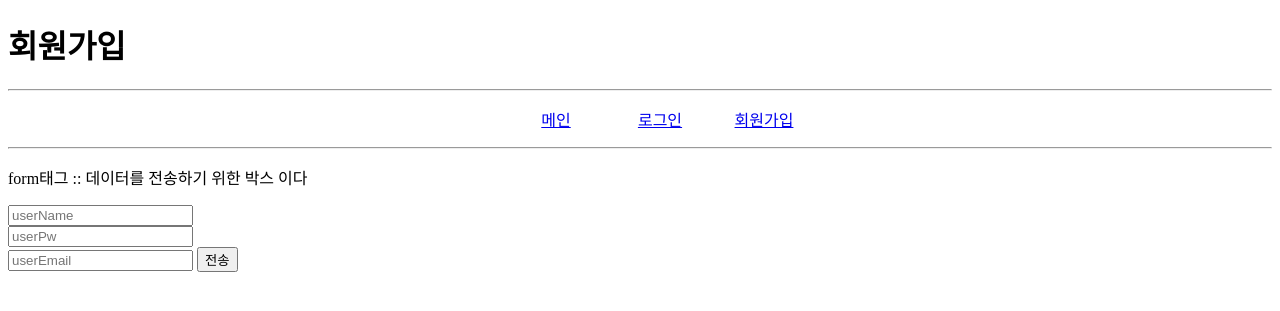
Repository: leesangbok/jsp-work
Page: http://localhost/cos/join.jsp
The author's editor kept a copy of each file at every save. The page is drawn from the files as they stood at one save, then again after the next save.
The browser window is 1280 px wide. The pictures show the whole page.
The page is served by Tomcat 9.

Above is the page before, as saved 2020-08-22 02:52:10.

### cos/WebContent/join.jsp
<%@ page language="java" contentType="text/html; charset=UTF-8"
    pageEncoding="UTF-8"%>
<!DOCTYPE html>
<html>
<head>
<meta charset="UTF-8">
<title>회원가입</title>
 <style>
 	ul{text-align: center;}
 	li{display: inline-block; width: 100px;}
 </style>
</head>
<body>
	<h1>회원가입</h1>
	<hr/>
	<ul>
		<li><a href="main.jsp" title="메인">메인</a></li>
		<li><a href="login.jsp" title="로그인">로그인</a></li>
		<li><a href="join.jsp" title="회원가입">회원가입</a></li>
	</ul>
	<hr/>
	<!-- form태그 :: 데이터를 전송하기 위한 박스 이다 -->
	<p>form태그 :: 데이터를 전송하기 위한 박스 이다</p>
	<form action="joinProc.jsp" method="">
		<input type="text" name="userName" placeholder="userName"/><br/>
		<input type="password" name="password"placeholder="userPw"/><br/>
		<input type="email" name="email" placeholder="userEmail"/>
		<button>전송</button>
	</form>
</body>
</html>

After the next save:
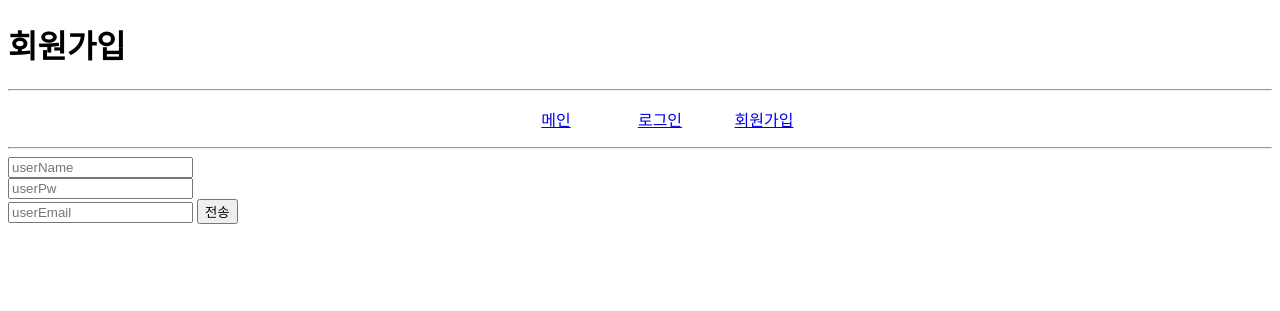
Saved 11 min 34 s later.
--- a/cos/WebContent/join.jsp
+++ b/cos/WebContent/join.jsp
@@ -20,7 +20,6 @@
 	</ul>
 	<hr/>
 	<!-- form태그 :: 데이터를 전송하기 위한 박스 이다 -->
-	<p>form태그 :: 데이터를 전송하기 위한 박스 이다</p>
 	<form action="joinProc.jsp" method="">
 		<input type="text" name="userName" placeholder="userName"/><br/>
 		<input type="password" name="password"placeholder="userPw"/><br/>
